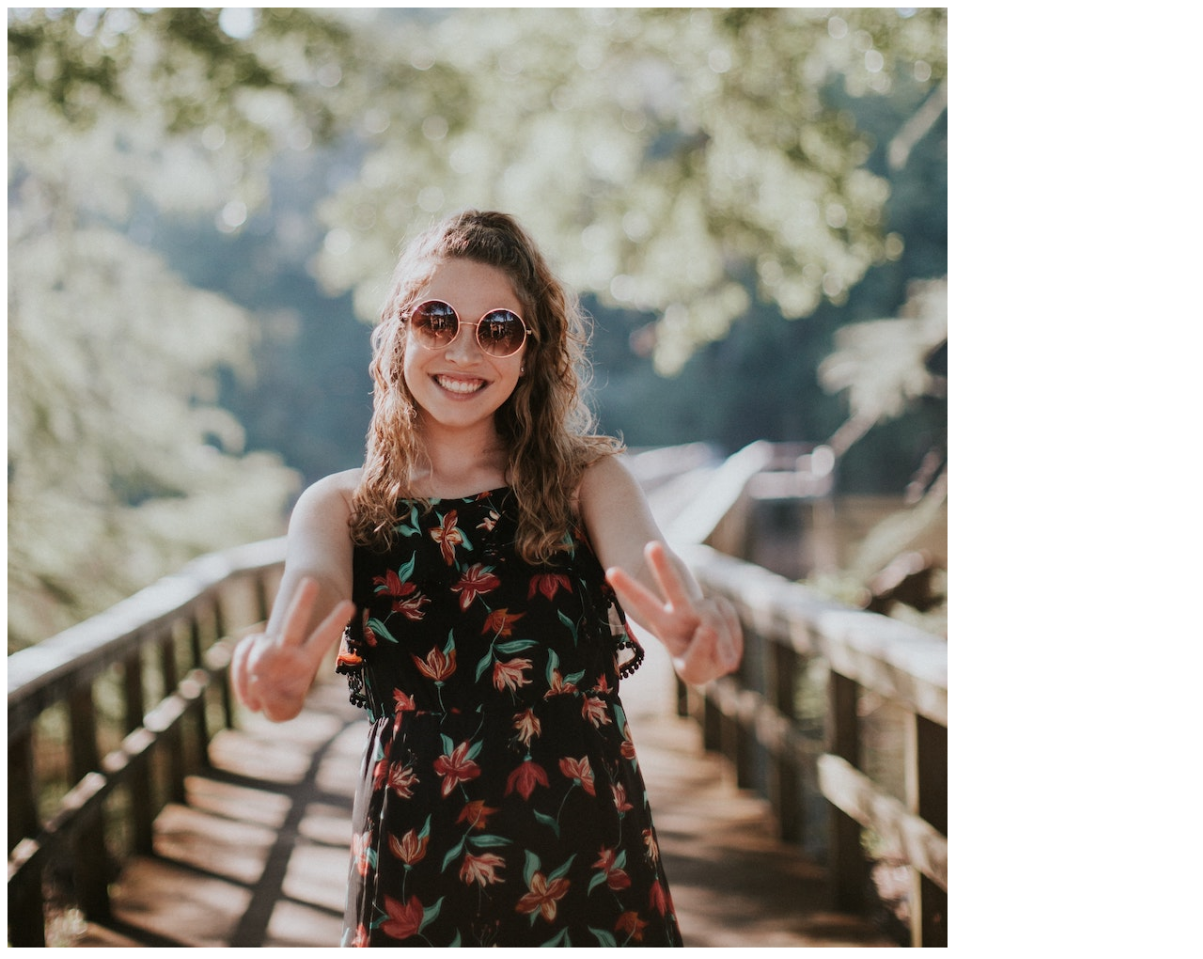
Repository: nghiakma/HTML-CSS-Fundamental
Page: Component_LayoutPatterns/carousel.html
The author's editor kept a copy of each file at every save. The page is drawn from the files as they stood at one save, then again after a run of saves.
The browser window is 1280 px wide. The pictures show the whole page, at 94% of full size.

Above is the page before, as saved 2023-08-26 11:29:33.

### Component_LayoutPatterns/carousel.html
<!DOCTYPE html>
<html lang="en">

<head>
  <meta charset="UTF-8">
  <meta name="viewport" content="width=device-width, initial-scale=1.0">
  <title>Carousel Component</title>
</head>

<body>
  <div class="carousel">
    <img src="maria.jpg" alt="maria">
  </div>
</body>

</html>

After the next 2 saves:
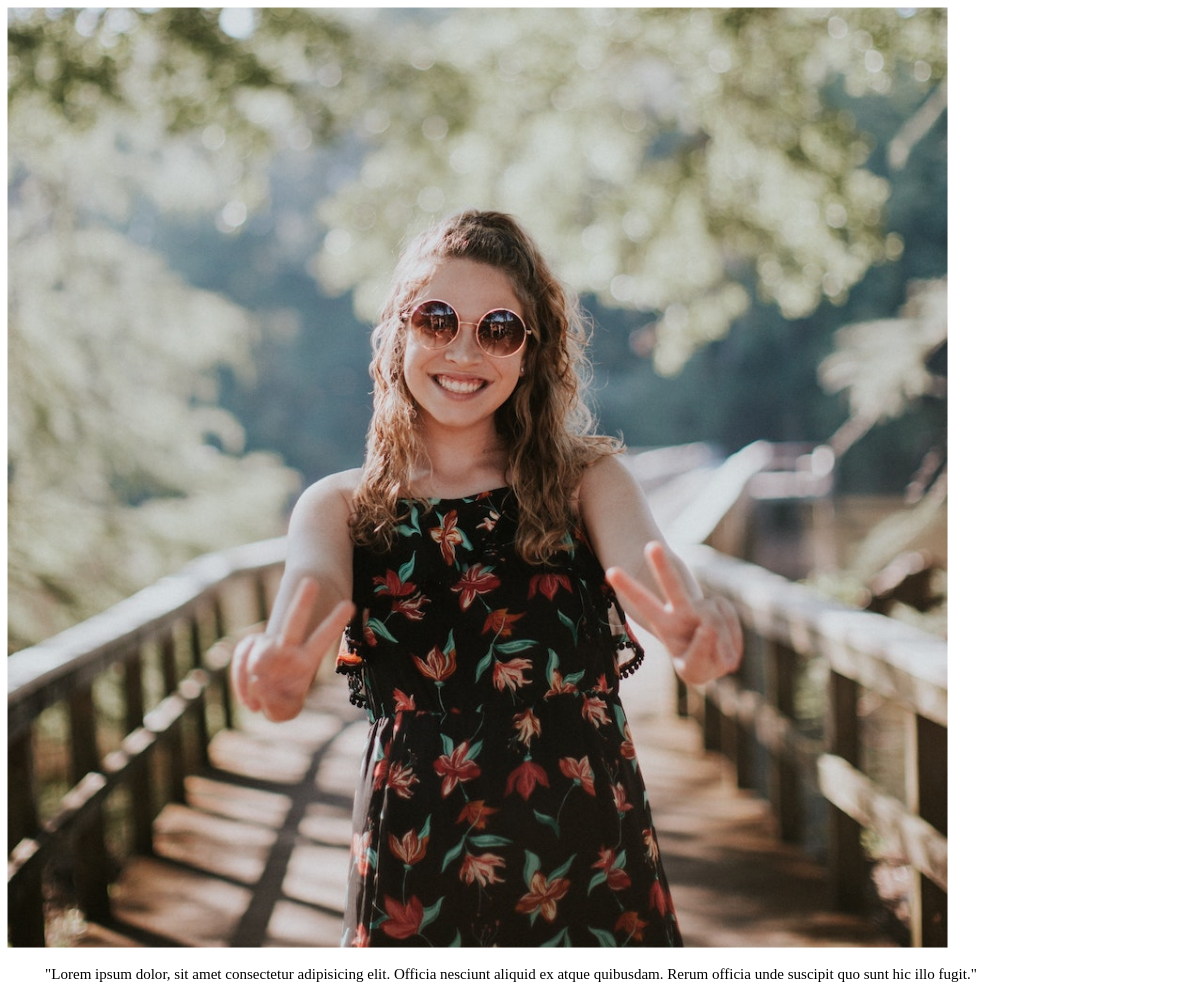
The 2 saves are shown as one change because they came seconds apart.
The last was saved 48 s later.
--- a/Component_LayoutPatterns/carousel.html
+++ b/Component_LayoutPatterns/carousel.html
@@ -10,6 +10,13 @@
 <body>
   <div class="carousel">
     <img src="maria.jpg" alt="maria">
+    <blockquote class="testimonial">
+      <p class="testimonial-text">
+        "Lorem ipsum dolor, sit amet consectetur adipisicing elit. Officia
+        nesciunt aliquid ex atque quibusdam. Rerum officia unde suscipit quo
+        sunt hic illo fugit."
+      </p>
+    </blockquote>
   </div>
 </body>
 
